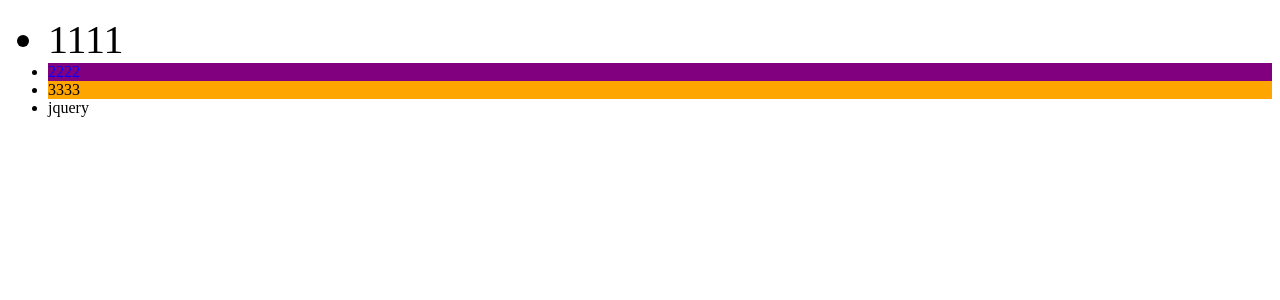
Repository: jsjchai/springmvc_study
Page: springmvc/jquery/jquery_Test/WebContent/ jqueryTest11.html
These files come from the project's save history. The page is drawn as it stood at one moment and after the next save; the edit follows.
The browser window is 1280 px wide. The pictures show the whole page.

Above is the page before, as saved 2015-04-05 12:35:45.

### springmvc/jquery/jquery_Test/WebContent/ jqueryTest11.html
<!DOCTYPE html>
<html>
<head>
<meta charset="UTF-8">
<title>jquery设置和获取html,文本和值</title>
<script type="text/javascript" src="./js/jquery-1.11.2.js"></script>
<style type="text/css">
	.c1{
		font-size:40px;
	}
	.c2{
		background-color: purple;
	}
	.c3{
		background-color: orange;
	}
</style>
<script type="text/javascript">

	$(document).ready(function(){
		//获取html
		var htm=$("ul li:eq(1)").html();
		//alert(htm);
		//设置html
		$("ul li:last").html("<font>jquery</font>");
		//获取文本
		var con=$("ul li:eq(1)").text();
		alert(con);
		//设置文本
	});

</script>
</head>
<body>

	<ul>
		<li class="c1">1111</li>
		<li class="c2"><font color="blue">2222</font></li>
		<li class="c3">3333</li>
		<li>4444</li>
	</ul>

</body>
</html>

Loaded but not shown: springmvc/jquery/jquery_Test/WebContent/js/jquery-1.11.2.js (library)

After the next save:
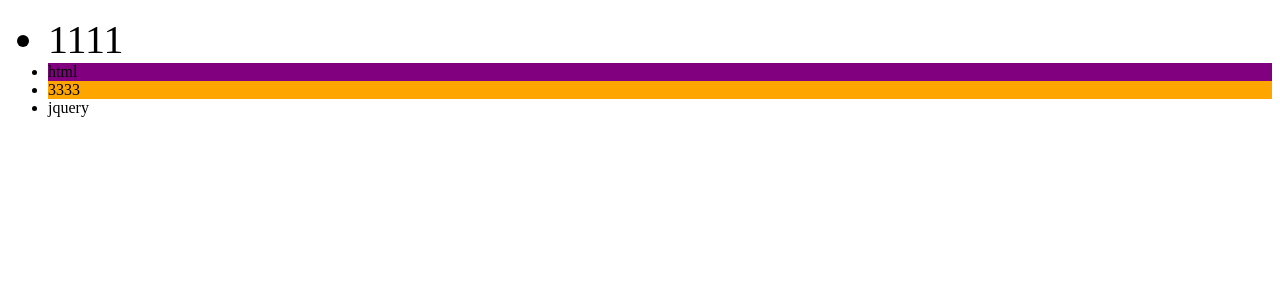
Saved 26 s later.
--- a/springmvc/jquery/jquery_Test/WebContent/ jqueryTest11.html
+++ b/springmvc/jquery/jquery_Test/WebContent/ jqueryTest11.html
@@ -27,6 +27,7 @@
 		var con=$("ul li:eq(1)").text();
 		alert(con);
 		//设置文本
+		$("ul li:eq(1)").text("html");
 	});
 
 </script>
